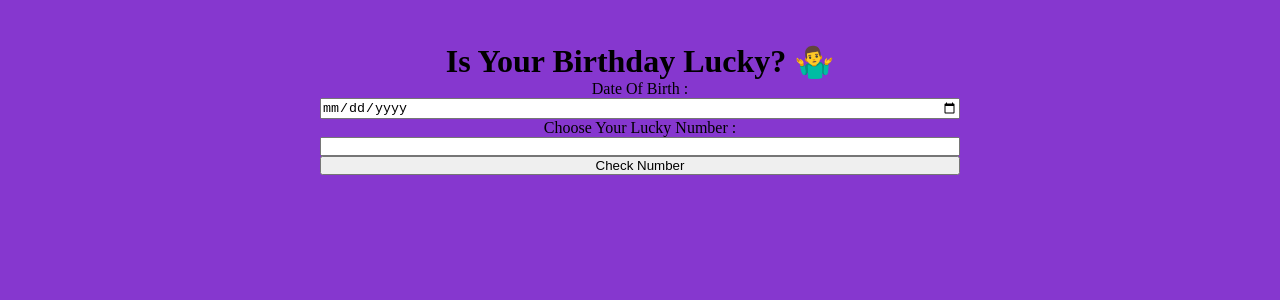
Repository: patelamancode/Lucky-Birthday-App
Page: index.html
The author's editor kept a copy of each file at every save. The page is drawn from the files as they stood at one save, then again after the next save.
The browser window is 1280 px wide. The pictures show the whole page.

Above is the page before, as saved 2022-11-21 16:48:13.

After the next save:
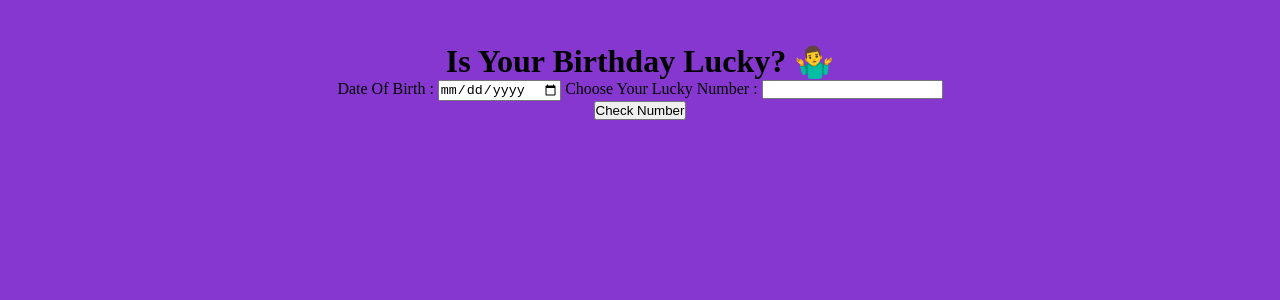
Saved 2 min 37 s later.
--- a/index.html
+++ b/index.html
@@ -10,11 +10,14 @@
 <body>
     <div id="main-container">
         <h1 class="app-title">Is Your Birthday Lucky? 🤷‍♂️</h1>
+        <div class="content">
         <label for="date-of-birth" class="dob">Date Of Birth :</label>
         <input type="date" class="selected-dob">
         <label for="lucky-number" class="favourite-number">Choose Your Lucky Number :</label>
         <input type="number" class="user-number">
         <button id="check-btn">Check Number</button>
+        </div>
+
     </div>
 
 </body>
